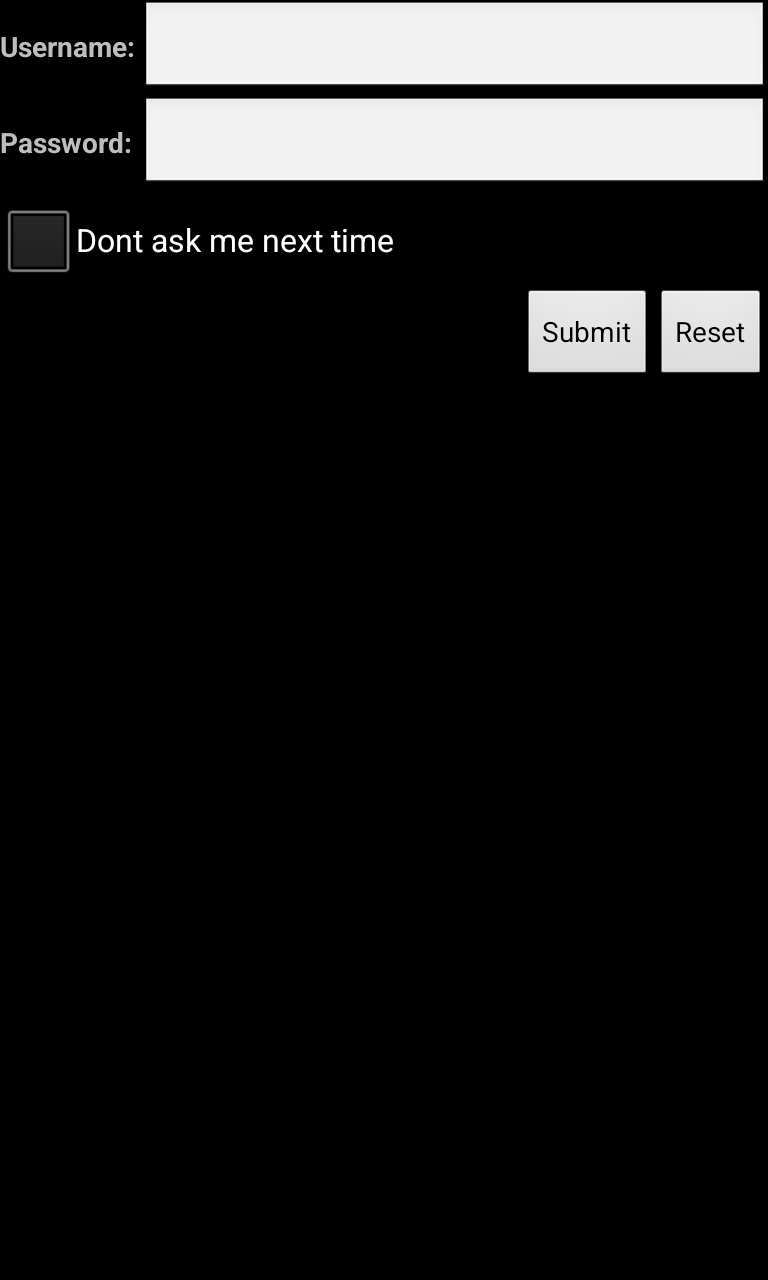
Repository: World-Three-Technologies/Masxaro-Prototype
Layout: Android/W3T/res/layout/main_login.xml
These files come from the project's save history. The layout is drawn as it stood at one moment and after the next save; the edit follows.
It is drawn on a 768 x 1280 px phone screen (xhdpi) without system bars, with theme android:Theme; the app's code is not run.

Above is the layout before, as saved 2011-06-03 08:18:10.

After the next save:
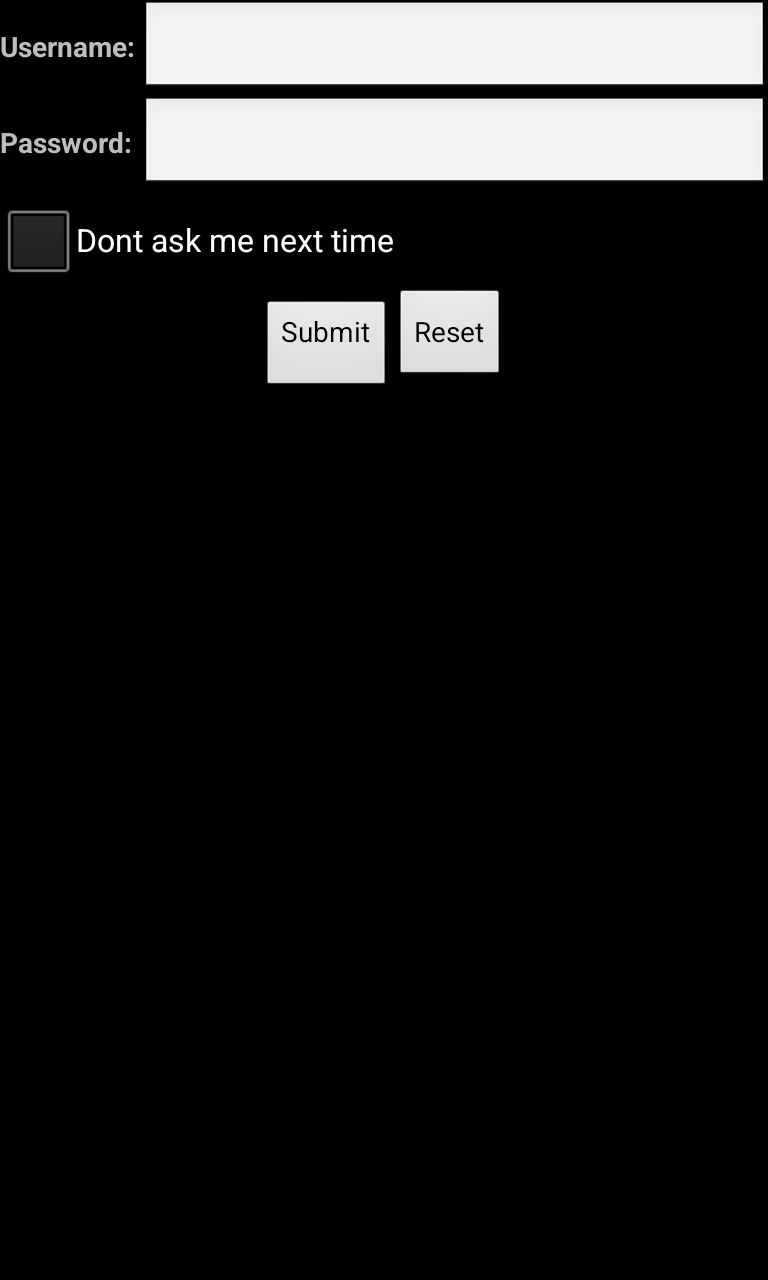
Saved 64 s later.
--- a/Android/W3T/res/layout/main_login.xml
+++ b/Android/W3T/res/layout/main_login.xml
@@ -46,11 +46,12 @@
 
 	<LinearLayout android:orientation="horizontal"
 		android:layout_width="fill_parent" android:layout_height="wrap_content"
-		android:gravity="right"
+		android:gravity="center_horizontal"
 	>
 		<Button android:text="Submit"
 			android:id="@+id/submit_button"
 			android:layout_height="wrap_content" android:layout_width="wrap_content"
+			android:gravity="left"
 		/>
 	    <Button android:text="Reset"
 			android:id="@+id/reset_button"
